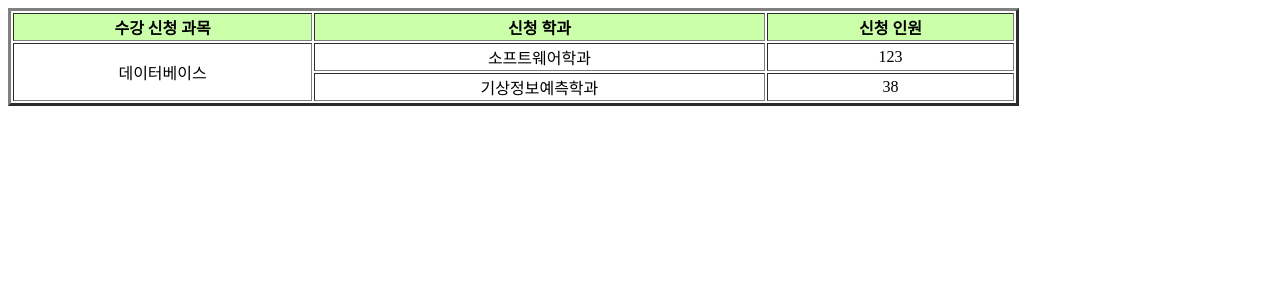
Repository: parkgyutaee/My_JAVA_Project
Page: http://localhost/JSPStudy/test3.jsp
The author's editor kept a copy of each file at every save. The page is drawn from the files as they stood at one save, then again after the next save.
The browser window is 1280 px wide. The pictures show the whole page.
The page is served by Tomcat 9.

Above is the page before, as saved 2025-07-09 07:36:22.

### Workspace/JSPStudy/src/main/webapp/test3.jsp
<%@ page language="java" contentType="text/html; charset=UTF-8"
    pageEncoding="UTF-8"%>
<!DOCTYPE html>
<html>
<head>
<meta charset="UTF-8">
<title>연습문제3 입니다</title>
</head>
<body>

<table border="3" width="80%" >
  <tr bgcolor="#CCFFAA" align="center">
    <th width="30%">수강 신청 과목</th><th>신청 학과</th><th>신청 인원</th>
  </tr>
  <tr align="center"> <td rowspan="2" align="center">데이터베이스</td><td >소프트웨어학과</td> <td align="center">123</td>
  </tr>
  <tr align="center"> <td>기상정보예측학과</td> <td align="center">38</td>
  </tr>
</table>
</body>
</html>

After the next save:
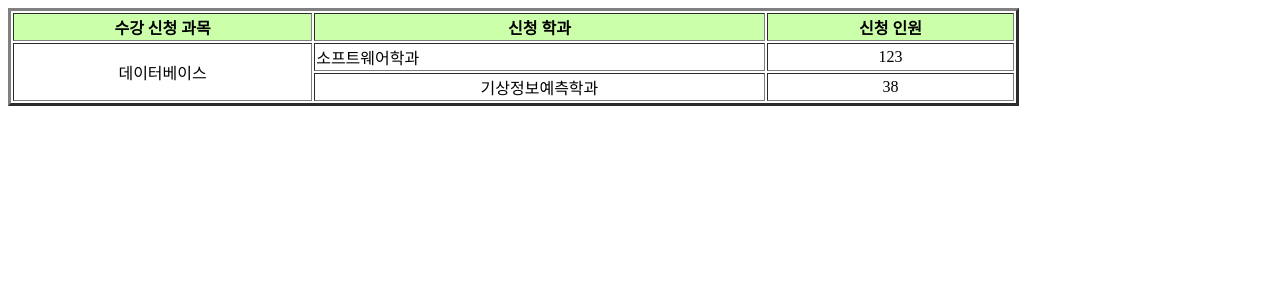
Saved 15 s later.
--- a/Workspace/JSPStudy/src/main/webapp/test3.jsp
+++ b/Workspace/JSPStudy/src/main/webapp/test3.jsp
@@ -12,7 +12,7 @@
   <tr bgcolor="#CCFFAA" align="center">
     <th width="30%">수강 신청 과목</th><th>신청 학과</th><th>신청 인원</th>
   </tr>
-  <tr align="center"> <td rowspan="2" align="center">데이터베이스</td><td >소프트웨어학과</td> <td align="center">123</td>
+  <tr> <td rowspan="2" align="center">데이터베이스</td><td >소프트웨어학과</td> <td align="center">123</td>
   </tr>
   <tr align="center"> <td>기상정보예측학과</td> <td align="center">38</td>
   </tr>
